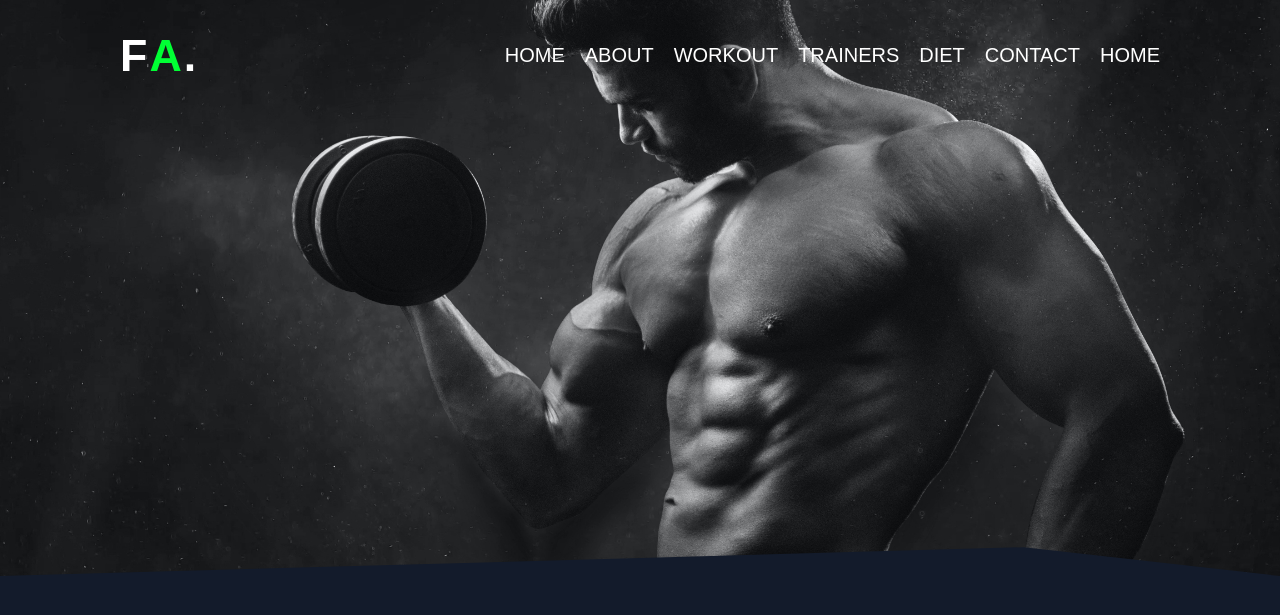
Repository: guilhermecardoso93/fitapex
Page: index.html
The author's editor kept a copy of each file at every save. The page is drawn from the files as they stood at one save, then again after the next save.
The browser window is 1280 px wide. The pictures show the whole page.

Above is the page before, as saved 2023-03-05 20:45:18.

### index.html
<!DOCTYPE html>
<html lang="pr-BR">
  <head>
    <meta charset="UTF-8" />
    <meta http-equiv="X-UA-Compatible" content="IE=edge" />
    <meta name="viewport" content="width=device-width, initial-scale=1.0" />
    <link rel="stylesheet" href="styles.css" />
    <link
      rel="stylesheet"
      href="https://cdnjs.cloudflare.com/ajax/libs/font-awesome/4.7.0/css/font-awesome.css"
    />
    <title>F.A GYM</title>
  </head>
  <body>
    <div class="navbar">
      <a href="#" class="logo">F<b>A</b>.</a>
      <ol>
        <li>
          <a href="#home">home</a>
        </li>
        <li>
          <a href="#about">about</a>
        </li>
        <li>
          <a href="#workout">workout</a>
        </li>
        <li>
          <a href="#trainers">trainers</a>
        </li>
        <li>
          <a href="#diet">diet</a>
        </li>
        <li>
          <a href="#contact">contact</a>
        </li>
        <li>
          <a href="#home">home</a>
        </li>
      </ol>
    </div>
    <section id="home" class="home view">
      <div class="highlights">
        <h3>feel the power with</h3>
        <h1><b>FIT</b>APEX</h1><br>
        <p class="tagline">
          Lorem ipsum dolor sit amet, consectetur adipisicing elit. Totam facere iure recusandae? Similique, doloribus voluptatibus? Repudiandae aut eius mollitia exercitationem beatae eveniet expedita. Ipsa, expedita ipsum ipsam magnam illo quae.
        </p>
        <button class="join">join now</button>
      </div>
      <div class="banner">

      </div>
    </section>
  </body>
</html>

### styles.css
@import url("https://fonts.googleapis.com/css2?family=Poppins:wght@400;500&display=swap");

@import "./css/_navbar.css";
@import "./css/_home.css";

* {
  margin: 0;
  padding: 0;
  box-sizing: border-box;
  font-family: "Poppisns", sans-serif;
  outline: none;
  color: #fff;
}

:root {
  --prime: #00ff34;
}

body {
  background-color: #131b2b;
}


.view {
  width: 100%;
  min-height: 80vh;
  position: relative;
}

### css/_navbar.css

.navbar {
  width: 100%;
  display: flex;
  position: fixed;
  padding: 30px 120px;
  background-color: transparent;
  justify-content: space-between;
  z-index: 1111;
  transition: 0.5s ease;
}

.logo {
  font-size: 2.8em;
  font-weight: 800;
  letter-spacing: 2px;
  text-transform: uppercase;
  text-decoration: none;
}

.logo B{
  color: var(--prime);
}

ol {
  display: flex;
  margin: auto 0;
}

ol li {
  list-style: none;
  margin-left: 20px;
}

ol li a {
  font-size: 20px;
  font-weight:500;
  text-transform: uppercase;
  text-decoration: none;
}

ol li:hover a {
  color: var(--prime);
}

### css/_home.css
.home {
  display: flex;
  min-height: 120vh;
  align-items: center;
  justify-content: center;
  clip-path: polygon(0 0,100% 0,100% 100%,80% 95%,0 100%)
}

.banner {
   height: 100%;
   width: 100%;
   position: absolute;
   background: url('../assets/banner.jpg');
   background-size: cover;
   background-position: center;

}

After the next save:
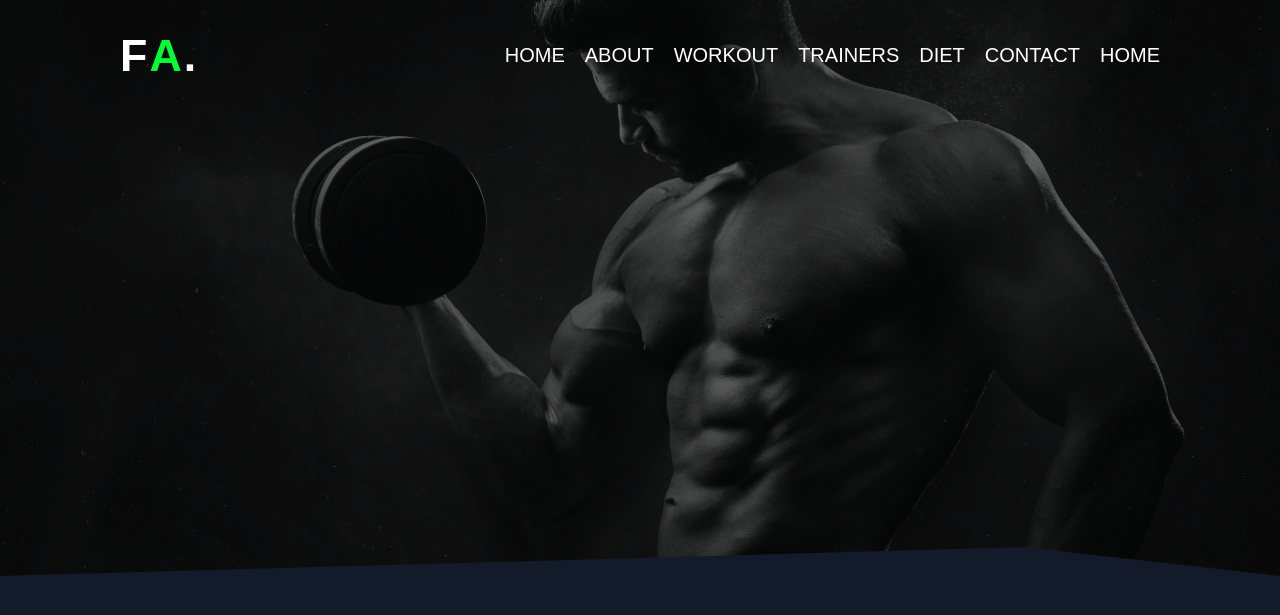
Saved 23 s later.
--- a/css/_home.css
+++ b/css/_home.css
@@ -13,5 +13,6 @@
    background: url('../assets/banner.jpg');
    background-size: cover;
    background-position: center;
+   filter: brightness(40%)
 
 }
